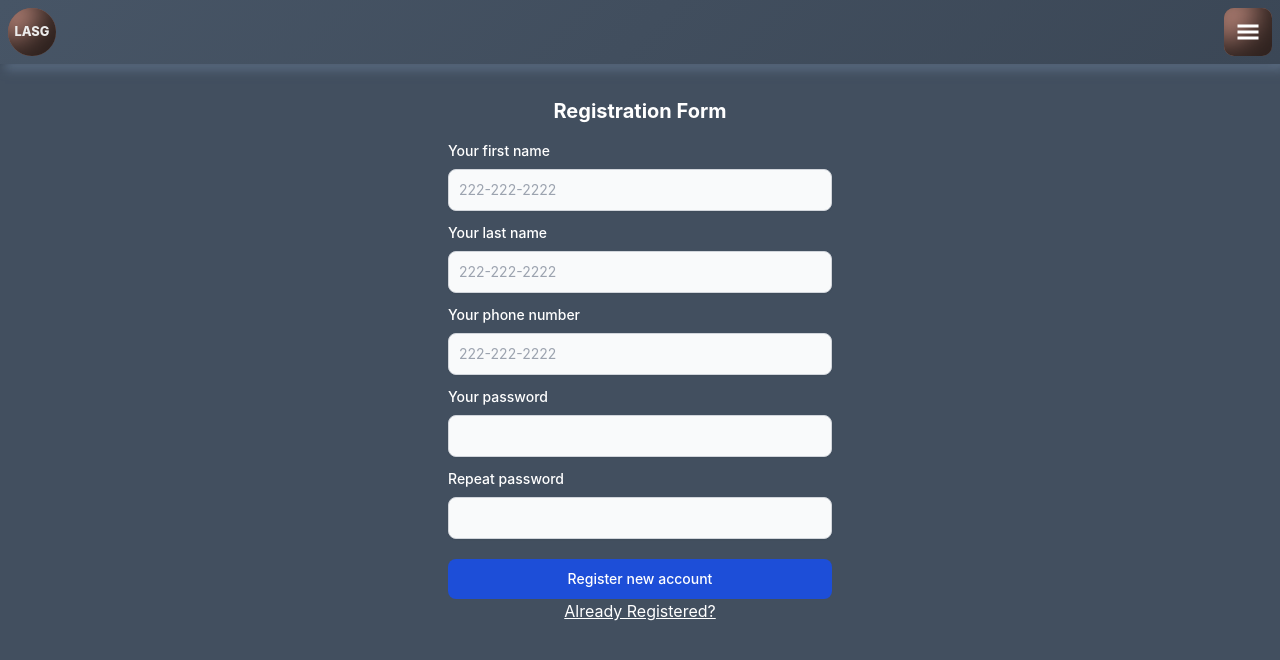
Repository: ShindanoSingi/LA-Swahili-Group
Page: /register (app in client/)
These files come from the project's save history. The page is drawn as it stood at one moment and after the next save; the edit follows.
The browser window is 1280 px wide. The pictures show the whole page.
The project was rebuilt for these pictures with package versions that can differ from the ones it lists, and the page was loaded fresh each time. Also part of the build but not shown: client/src/pages/error/Error.css, client/src/pages/error/Error.js, client/src/pages/home/Home.js, client/src/pages/about/About.js, client/src/pages/contact/Contact.js, client/src/pages/login/Login.js, client/src/pages/userDashBoard/UserDashBoard.js, client/src/pages/superUsersDashBoard/SuperUsersDashBoard.js.

Above is the page before, as saved 2024-02-11 15:22:07.

After the next save:
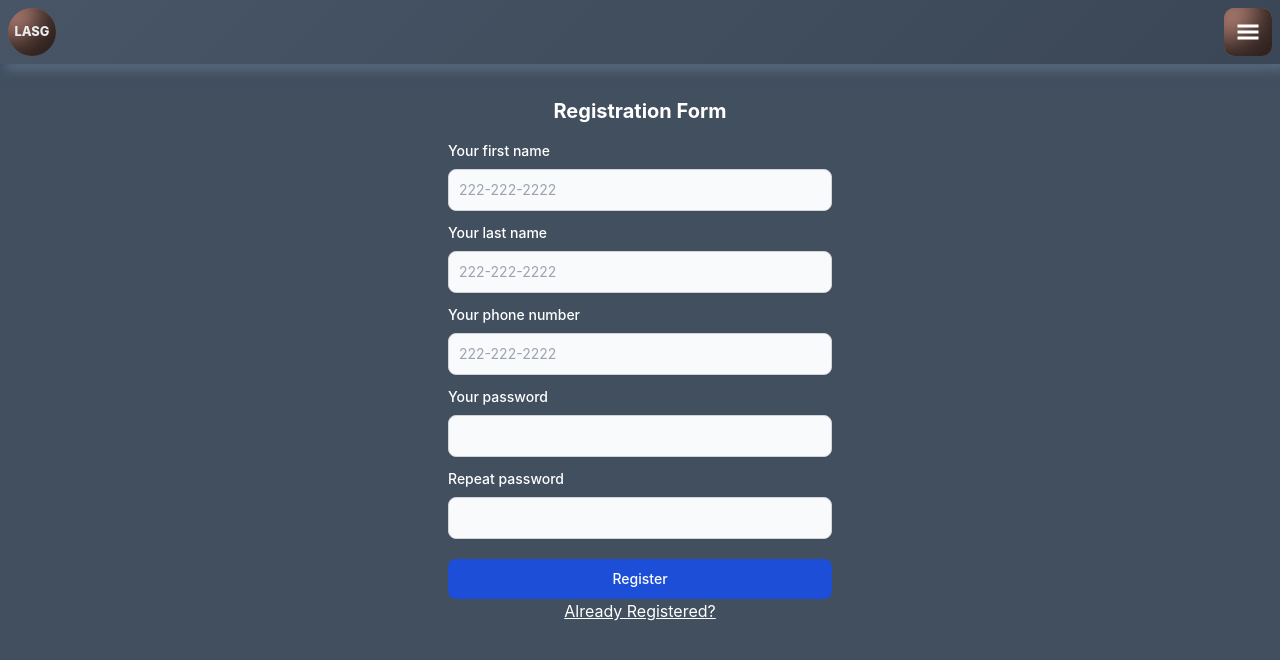
Saved 12 s later.
--- a/client/src/pages/register/Register.js
+++ b/client/src/pages/register/Register.js
@@ -87,7 +87,7 @@ function Register() {
                                           type="submit"
                                           className="text-white mt-2 w-full bg-blue-700 hover:bg-blue-800 focus:ring-4 focus:outline-none focus:ring-blue-300 font-medium rounded-lg text-sm px-5 py-2.5 text-center dark:bg-blue-600 dark:hover:bg-blue-700 dark:focus:ring-blue-800"
                                     >
-                                          Register new account
+                                          Register
                                     </button>
                                     <p className="text-white text-center underline">
                                           Already Registered?
